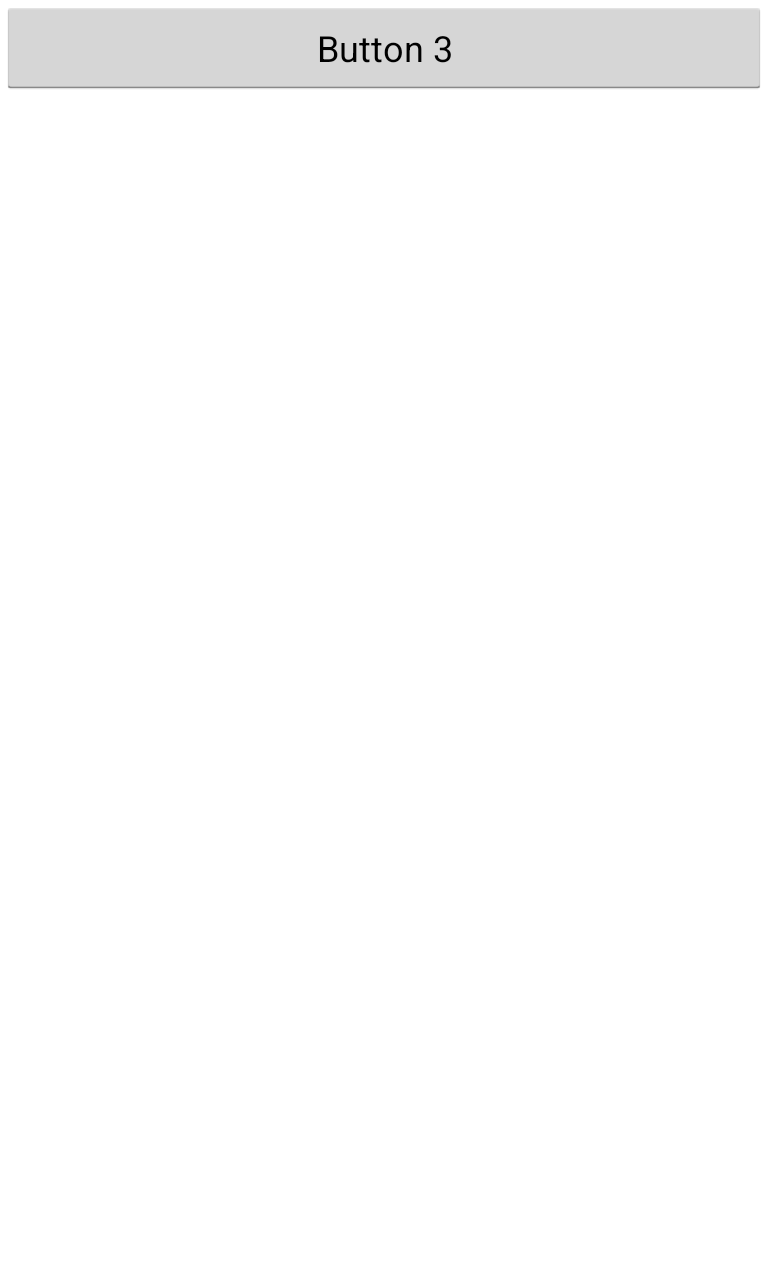
Repository: hohoTT/Android_summarize
Layout: ActivityTest/res/layout/third_layout.xml
These files come from the project's save history. The layout is drawn as it stood at one moment and after the next save; the edit follows.
It is drawn on a 768 x 1280 px phone screen (xhdpi) without system bars, with theme AppTheme; the app's code is not run.

Above is the layout before, as saved 2016-02-23 03:06:38.

### ActivityTest/res/layout/third_layout.xml
<?xml version="1.0" encoding="utf-8"?>
<LinearLayout xmlns:android="http://schemas.android.com/apk/res/android"
    android:layout_width="match_parent"
    android:layout_height="match_parent"
    android:orientation="vertical" >

    <Button
        android:id="@+id/button_3"
        android:layout_width="match_parent"
        android:layout_height="wrap_content"
        android:text="Button 3" />

</LinearLayout>

Loaded but not shown: ActivityTest/res/values/styles.xml (common file); ActivityTest/res/values-v11/styles.xml (common file); ActivityTest/res/values-v14/styles.xml (common file)

After the next save:
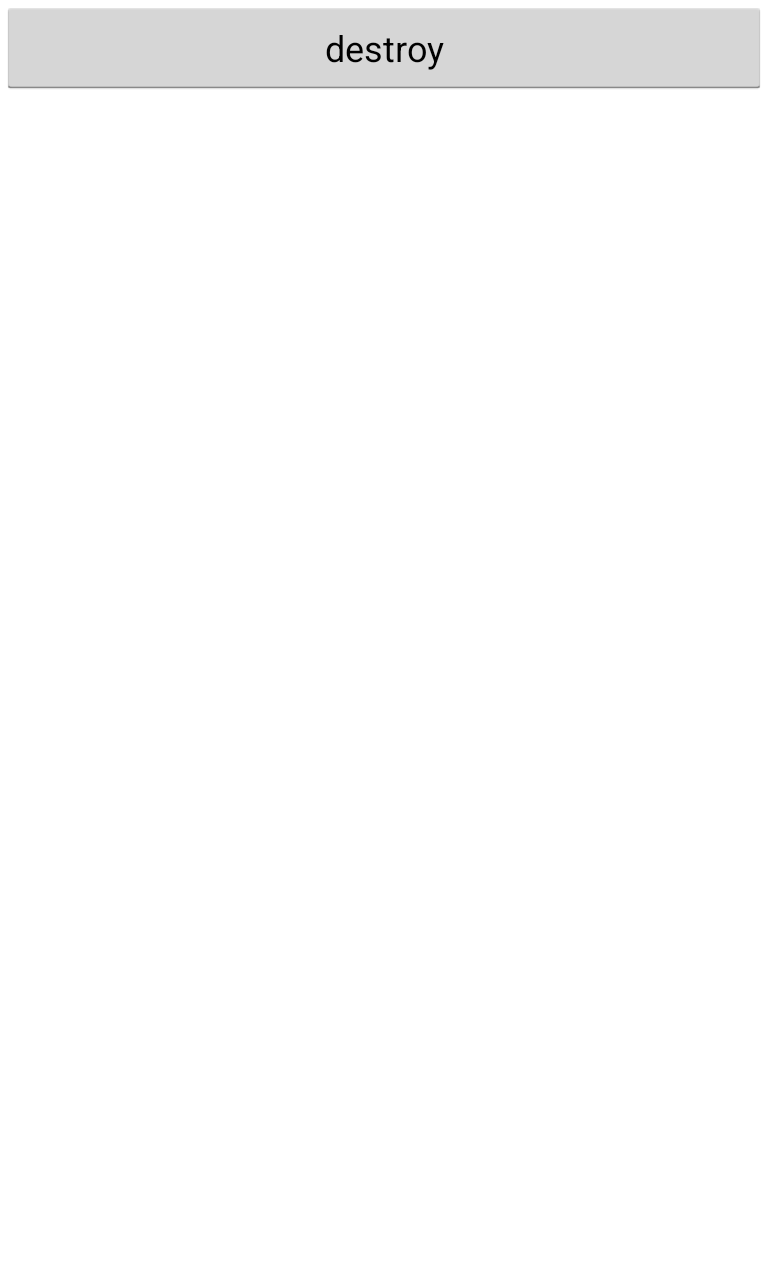
Saved 4 h 3 min later.
--- a/ActivityTest/res/layout/third_layout.xml
+++ b/ActivityTest/res/layout/third_layout.xml
@@ -5,9 +5,9 @@
     android:orientation="vertical" >
 
     <Button
-        android:id="@+id/button_3"
+        android:id="@+id/button_destroy"
         android:layout_width="match_parent"
         android:layout_height="wrap_content"
-        android:text="Button 3" />
+        android:text="destroy" />
 
 </LinearLayout>
